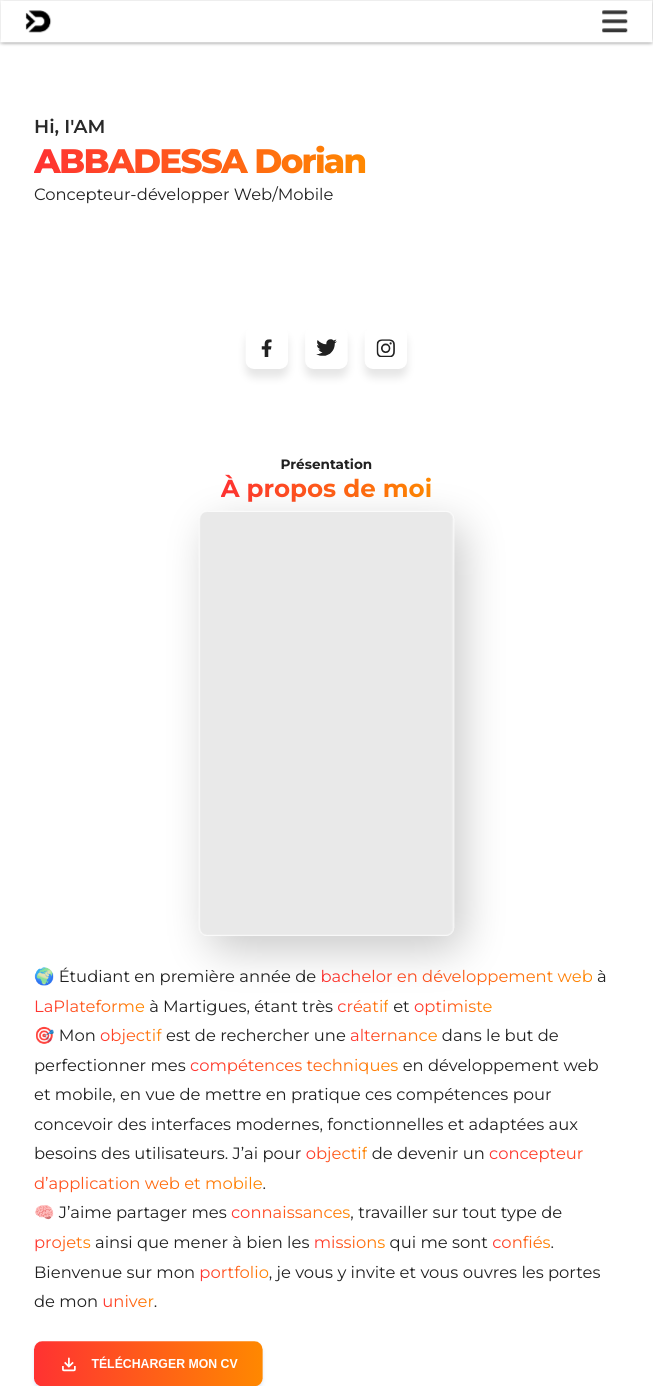
Repository: DorianABDS/Portfolio-ABBADESSA-Dorian
Page: index.html
An editor plug-in stored every save of this project. The page is shown before and after a run of saves, followed by the edit.
The browser window is 768 px wide. The pictures show the whole page, at 85% of full size.

Above is the page before, as saved 2024-11-27 20:28:07.

### index.html
<!DOCTYPE html>
<html lang="fr">
<head>
    <meta charset="UTF-8">
    <meta name="viewport" content="width=device-width, initial-scale=1.0">
    <meta charset="UTF-8">
    <meta name="viewport" content="width=device-width, initial-scale=1.0">
    <meta name="keywords" content="Portfolio, ABBADESSA Dorian, Web developper">
    <title>ABBADESSA Dorian - Portfolio</title>
    <link rel="shortcute icon" href="/src/img/Logo Div.png">
    <link rel="stylesheet" href="style.css">
</head>
<body>
    <header class="header">
        <nav class="navbar">
            <a href="index.html" class="logo"><img src="/src/img/Logo plat Div noir.png" alt=""></a>
            <div class="nav-links">
                <ul>
                    <li><a href="index.html">Accueil</a></li>
                    <li><a href="articles.html">Articles</a></li>
                    <li><a href="apropos.html">À propos</a></li>
                    <li><a href="contact.html">Contact</a></li>
                </ul>
            </div>
            <img src="/src/img/bars-solid.svg" alt="menu hamburger" class="menu-hamburger">
        </nav>
        <!-- <div class="social">
            <a href="#" title="Facebook"><img src="/src/img/icone Github.png" alt=""></a>
            <a href="#" title="Twitter"><img src="src/img/icone Linkedin.png" alt=""></a>
        </div> -->
    </header>
    <main>
        <section class="accueil">
            <div class="container-accueil">
                <h2>Hi, I'AM</h2>
                <h1><span>ABBADESSA Dorian</span></h1>
                <p>Concepteur-développer Web/Mobile</p>
                <div class="social">
                    <ul class="wrapper">
                        <li class="icon facebook">
                          <span class="tooltip">Facebook</span>
                          <svg
                            viewBox="0 0 320 512"
                            height="1.2em"
                            fill="currentColor"
                            xmlns="http://www.w3.org/2000/svg"
                          >
                            <path
                              d="M279.14 288l14.22-92.66h-88.91v-60.13c0-25.35 12.42-50.06 52.24-50.06h40.42V6.26S260.43 0 225.36 0c-73.22 0-121.08 44.38-121.08 124.72v70.62H22.89V288h81.39v224h100.17V288z"
                            ></path>
                          </svg>
                        </li>
                        <li class="icon twitter">
                          <span class="tooltip">Twitter</span>
                          <svg
                            height="1.8em"
                            fill="currentColor"
                            viewBox="0 0 48 48"
                            xmlns="http://www.w3.org/2000/svg"
                            class="twitter"
                          >
                            <path
                              d="M42,12.429c-1.323,0.586-2.746,0.977-4.247,1.162c1.526-0.906,2.7-2.351,3.251-4.058c-1.428,0.837-3.01,1.452-4.693,1.776C34.967,9.884,33.05,9,30.926,9c-4.08,0-7.387,3.278-7.387,7.32c0,0.572,0.067,1.129,0.193,1.67c-6.138-0.308-11.582-3.226-15.224-7.654c-0.64,1.082-1,2.349-1,3.686c0,2.541,1.301,4.778,3.285,6.096c-1.211-0.037-2.351-0.374-3.349-0.914c0,0.022,0,0.055,0,0.086c0,3.551,2.547,6.508,5.923,7.181c-0.617,0.169-1.269,0.263-1.941,0.263c-0.477,0-0.942-0.054-1.392-0.135c0.94,2.902,3.667,5.023,6.898,5.086c-2.528,1.96-5.712,3.134-9.174,3.134c-0.598,0-1.183-0.034-1.761-0.104C9.268,36.786,13.152,38,17.321,38c13.585,0,21.017-11.156,21.017-20.834c0-0.317-0.01-0.633-0.025-0.945C39.763,15.197,41.013,13.905,42,12.429"
                            ></path>
                          </svg>
                        </li>
                        <li class="icon instagram">
                          <span class="tooltip">Instagram</span>
                          <svg
                            xmlns="http://www.w3.org/2000/svg"
                            height="1.2em"
                            fill="currentColor"
                            class="bi bi-instagram"
                            viewBox="0 0 16 16"
                          >
                            <path
                              d="M8 0C5.829 0 5.556.01 4.703.048 3.85.088 3.269.222 2.76.42a3.917 3.917 0 0 0-1.417.923A3.927 3.927 0 0 0 .42 2.76C.222 3.268.087 3.85.048 4.7.01 5.555 0 5.827 0 8.001c0 2.172.01 2.444.048 3.297.04.852.174 1.433.372 1.942.205.526.478.972.923 1.417.444.445.89.719 1.416.923.51.198 1.09.333 1.942.372C5.555 15.99 5.827 16 8 16s2.444-.01 3.298-.048c.851-.04 1.434-.174 1.943-.372a3.916 3.916 0 0 0 1.416-.923c.445-.445.718-.891.923-1.417.197-.509.332-1.09.372-1.942C15.99 10.445 16 10.173 16 8s-.01-2.445-.048-3.299c-.04-.851-.175-1.433-.372-1.941a3.926 3.926 0 0 0-.923-1.417A3.911 3.911 0 0 0 13.24.42c-.51-.198-1.092-.333-1.943-.372C10.443.01 10.172 0 7.998 0h.003zm-.717 1.442h.718c2.136 0 2.389.007 3.232.046.78.035 1.204.166 1.486.275.373.145.64.319.92.599.28.28.453.546.598.92.11.281.24.705.275 1.485.039.843.047 1.096.047 3.231s-.008 2.389-.047 3.232c-.035.78-.166 1.203-.275 1.485a2.47 2.47 0 0 1-.599.919c-.28.28-.546.453-.92.598-.28.11-.704.24-1.485.276-.843.038-1.096.047-3.232.047s-2.39-.009-3.233-.047c-.78-.036-1.203-.166-1.485-.276a2.478 2.478 0 0 1-.92-.598 2.48 2.48 0 0 1-.6-.92c-.109-.281-.24-.705-.275-1.485-.038-.843-.046-1.096-.046-3.233 0-2.136.008-2.388.046-3.231.036-.78.166-1.204.276-1.486.145-.373.319-.64.599-.92.28-.28.546-.453.92-.598.282-.11.705-.24 1.485-.276.738-.034 1.024-.044 2.515-.045v.002zm4.988 1.328a.96.96 0 1 0 0 1.92.96.96 0 0 0 0-1.92zm-4.27 1.122a4.109 4.109 0 1 0 0 8.217 4.109 4.109 0 0 0 0-8.217zm0 1.441a2.667 2.667 0 1 1 0 5.334 2.667 2.667 0 0 1 0-5.334z"
                            ></path>
                          </svg>
                        </li>
                      </ul>
                </div>
        </section>
        <section class="about-me">
            <div class="container-about-me">
                <h2>Présentation</h2>
                <h1><span>À propos de moi</span></h1>
            </div>
            <div class="card"></div>
            <div class="texte-about-me"><p>🌍 Étudiant en première année de <span>bachelor en développement web</span> à <span>LaPlateforme</span> à Martigues, étant très <span>créatif</span> et <span>optimiste</span>
              <br>
              🎯 Mon <span>objectif</span> est de rechercher une <span>alternance</span> dans le but de perfectionner mes <span>compétences techniques</span> en développement web et mobile, en vue de mettre en pratique ces compétences pour  concevoir des interfaces modernes, fonctionnelles et adaptées aux besoins des utilisateurs. J’ai pour <span>objectif</span> de devenir un <span>concepteur d’application web et mobile</span>.
              <br>
              🧠 J’aime partager mes <span>connaissances</span>, travailler sur tout type de <span>projets</span> ainsi que mener à bien les <span>missions</span> qui me sont <span>confiés</span>.
              <br>
              Bienvenue sur mon <span>portfolio</span>, je vous y invite et vous ouvres les portes de mon <span>univer</span>.
              </p></div>
        </section>
        <button>
            <svg
                width="24"
                height="24"
                viewBox="0 0 24 24"
                fill="none"
                xmlns="http://www.w3.org/2000/svg"
                >
                <path
                    d="M11 5C11 4.44772 11.4477 4 12 4C12.5523 4 13 4.44772 13 5V12.1578L16.2428 8.91501L17.657 10.3292L12.0001 15.9861L6.34326 10.3292L7.75748 8.91501L11 12.1575V5Z"
                    fill="currentColor"
                />
                <path
                    d="M4 14H6V18H18V14H20V18C20 19.1046 19.1046 20 18 20H6C4.89543 20 4 19.1046 4 18V14Z"
                    fill="currentColor"
                />
                </svg>
            télécharger mon cv
          </button>
    </div>
    </main>
</body>
<script>
    const menuHamburger = document.querySelector(".menu-hamburger")
    const navLinks = document.querySelector(".nav-links")

    menuHamburger.addEventListener('click',()=>{
    navLinks.classList.toggle('mobile-menu')
    })
</script>
</html>

### style.css
@font-face {
    font-family: "Montserrat";
    src: url(/src/font/Montserrat-VariableFont_wght.ttf);
}

* {
    margin: 0;
    padding: 0;
    text-decoration: none;
    list-style: none;
    box-sizing: border-box;

}

html, body {
    font-size: 19.3px;
    color: rgba(0, 0, 0, .87);
    background-color: #fff;
    font-family: "Montserrat", sans-serif;
    line-height: 1.8;
    font-weight: 400;
}

.navbar {
    background: rgb(255, 255, 255);
    box-shadow: 0 0 5px rgb(0, 0, 0);;
    top: 0;
    left: 0;
    height: 50px;
    width: auto;
    position: fixed;
    padding-left: 30px;
    padding-right: 61px;
    width: 100%;
    display: flex;
    justify-content: space-between;
    align-items: center;
    z-index: 100;
}

.navbar a {
    color: #292929;
    font-weight: 700;
    display: inline;
}

.navbar .nav-links ul li a::after {
    content: "";
    display: block;
    height: 2px;
    background: rgb(255, 255, 255);
    transform: scale(0);
    transition: transform 0.2s ease-in-out;
}

.navbar .nav-links ul li a:hover::after {
    transform: scale(1);
}

.navbar .logo {
    transform: none;
    font-weight: 700;
}

.navbar .nav-links ul {
    display: flex;
    align-items: center;
}

.navbar .nav-links ul li {
    display: flex;
    margin: 0 25px;
}

.navbar .nav-links ul li img {
    display: flex;
    padding: -20px;
    margin-left: -23px;
}

.navbar .menu-hamburger {
    display: none;
    position: absolute;
    top: 8px;
    right: 30px;
    width: 30px;
}

.accueil {
    padding-top: 80px;
    margin-top: 50px;
    width: 100%;
    height: 100vh;
}

button {
    border: none;
    display: flex;
    margin-right: 20px;
    padding: 0.75rem 1.5rem;
    background: linear-gradient(90deg, rgba(255,50,50,1) 0%, rgba(255,136,0,1) 100%);
    color: #ffffff;
    font-size: 0.75rem;
    line-height: 1rem;
    font-weight: 700;
    text-align: center;
    cursor: pointer;
    text-transform: uppercase;
    vertical-align: middle;
    align-items: center;
    border-radius: 0.5rem;
    user-select: none;
    gap: 0.75rem;
    box-shadow:
      0 4px 6px -1px #488aec31,
      0 2px 4px -1px #488aec17;
    transition: all 0.6s ease;
  }

  button:hover {
    box-shadow:
      0 10px 15px -3px #488aec4f,
      0 4px 6px -2px #488aec17;
  }

  button:focus,
  button:active {
    opacity: 0.85;
    box-shadow: none;
  }

  button svg {
    width: 1.25rem;
    height: 1.25rem;
  }

.about-me {
    display: flex;
    justify-content: center;
    text-align: center;
  }

  .wrapper {
    display: inline-flex;
    list-style: none;
    width: 100%;
    padding-top: 40px;
    font-family: "Montserrat", sans-serif;
    justify-content: center;
  }

  .wrapper .icon {
    position: relative;
    background: #fff;
    border-radius: 0.5rem;
    margin: 10px;
    width: 50px;
    height: 50px;
    font-size: 18px;
    display: flex;
    justify-content: center;
    align-items: center;
    flex-direction: column;
    box-shadow: 0 10px 10px rgba(0, 0, 0, 0.1);
    cursor: pointer;
    transition: all 0.2s cubic-bezier(0.68, -0.55, 0.265, 1.55);
  }

  .wrapper .tooltip {
    position: absolute;
    top: 0;
    font-size: 14px;
    background: #fff;
    color: #fff;
    padding: 5px 8px;
    border-radius: 5px;
    box-shadow: 0 10px 10px rgba(0, 0, 0, 0.1);
    opacity: 0;
  }

  .wrapper .facebook:hover,
  .wrapper .facebook:hover .tooltip,
  .wrapper .facebook:hover .tooltip::before {
    background: #1877f2;
    color: #fff;
  }

  .wrapper .twitter:hover,
  .wrapper .twitter:hover .tooltip,
  .wrapper .twitter:hover .tooltip::before {
    background: #1da1f2;
    color: #fff;
  }

  .wrapper .instagram:hover,
  .wrapper .instagram:hover .tooltip,
  .wrapper .instagram:hover .tooltip::before {
    background: #e4405f;
    color: #fff;
  }

@media  screen and (max-width: 814px) {
    html, body {
        padding: 0 20px;
    }

    .navbar .menu-hamburger {
        display: block;
    }

    .nav-links.mobile-menu {
        margin-left: 0;
    }

    .navbar {
        padding: 0;
    }

    .navbar .logo {
        padding-left: 20px;
    }

    .navbar .logo img {
        display: flex;
        align-items: center;
        width: 50px;
    }

    .nav-links {
        position: absolute;
        background-color: #ffffff90;
        backdrop-filter: blur(8px);
        top: 0;
        left: 0;
        width: 100%;
        height: 100vh;
        display: flex;
        justify-content: center;
        align-items: center;
        margin-left: 100%;
        transition: all 0.5s ease;
    }

    .nav-links ul {
        display: flex;
        flex-direction: column;
        align-items: center;
    }

    .navbar .nav-links ul li {
        margin: 15px 0;
        font-size: 1.2em;
    }

    .accueil {
        height: 100%;
    }

    .accueil h2 {
        font-size: 22px;
        font-weight: 600;
        color: #292929;
    }

    .accueil h1 {
        display: inline-block;
        line-height: 100%;
        font-size: 40px;
        letter-spacing: -2px;
        font-weight: 800;
        background: linear-gradient(90deg, rgba(255,50,50,1) 0%, rgba(255,136,0,1) 100%);
        -webkit-background-clip: text;
        -webkit-text-fill-color: transparent;
    }

    .accueil p {
        height: 80px;
        line-height: 150%;
        margin-bottom: 80px;
    }

    .social {
        display: flex;
        justify-content: center;
    }

    .social a {
        display: flex;
        justify-content: center;
        margin: 0 10px;
        width: 30px;
    }

    .container-about-me h1 {
        font-size: 12;
        background: linear-gradient(90deg, rgba(255,50,50,1) 0%, rgba(255,136,0,1) 100%);
        -webkit-background-clip: text;
        -webkit-text-fill-color: transparent;
    }

    .container-about-me h2 {
        line-height: 5px;
        font-size: 16px;
    }

    .about-me {
        height: 100%;
        display: flex;
        align-items: center;
        flex-direction: column;
        padding-top: 100px;
    }

    .card {
        box-sizing: border-box;
        width: 300px;
        height: 500px;
        background: rgba(217, 217, 217, 0.58);
        border: 1px solid white;
        box-shadow: 12px 17px 51px rgba(0, 0, 0, 0.22);
        backdrop-filter: blur(6px);
        border-radius: 0.5rem;
        text-align: center;
        cursor: pointer;
        transition: all 0.5s;
        display: flex;
        align-items: center;
        justify-content: center;
        user-select: none;
        font-weight: bolder;
        color: black;
    }

    .about-me p {
        margin-top: 30px;
        text-align: start;

    }

    .about-me p span {
        margin-top: 30px;
        background: linear-gradient(90deg, rgba(255,50,50,1) 0%, rgba(255,136,0,1) 100%);
        -webkit-background-clip: text;
        -webkit-text-fill-color: transparent;
    }

    .wrapper {
        padding-top: 0;
    }

    button {
        margin-top: 30px;
    }
}

### src/img/bars-solid.svg
<svg xmlns="http://www.w3.org/2000/svg" viewBox="0 0 448 512" fill="#353535"><!--!Font Awesome Free 6.7.0 by @fontawesome - https://fontawesome.com License - https://fontawesome.com/license/free Copyright 2024 Fonticons, Inc.--><path d="M0 96C0 78.3 14.3 64 32 64l384 0c17.7 0 32 14.3 32 32s-14.3 32-32 32L32 128C14.3 128 0 113.7 0 96zM0 256c0-17.7 14.3-32 32-32l384 0c17.7 0 32 14.3 32 32s-14.3 32-32 32L32 288c-17.7 0-32-14.3-32-32zM448 416c0 17.7-14.3 32-32 32L32 448c-17.7 0-32-14.3-32-32s14.3-32 32-32l384 0c17.7 0 32 14.3 32 32z"/></svg>

After the next 2 saves:
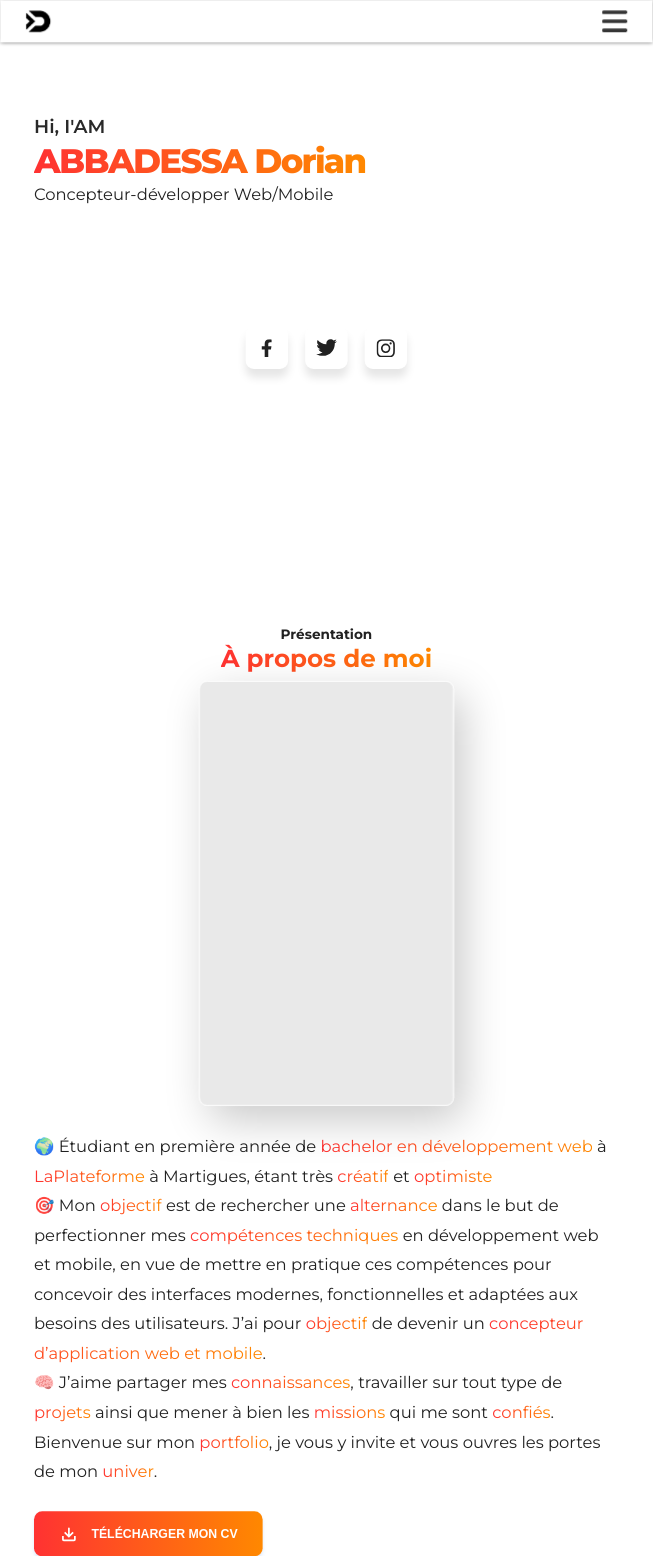
The 2 saves are shown as one change because they came seconds apart.
The last was saved 68 s later.
--- a/style.css
+++ b/style.css
@@ -308,7 +308,7 @@ button {
         display: flex;
         align-items: center;
         flex-direction: column;
-        padding-top: 100px;
+        padding-top: 300px;
     }
 
     .card {
